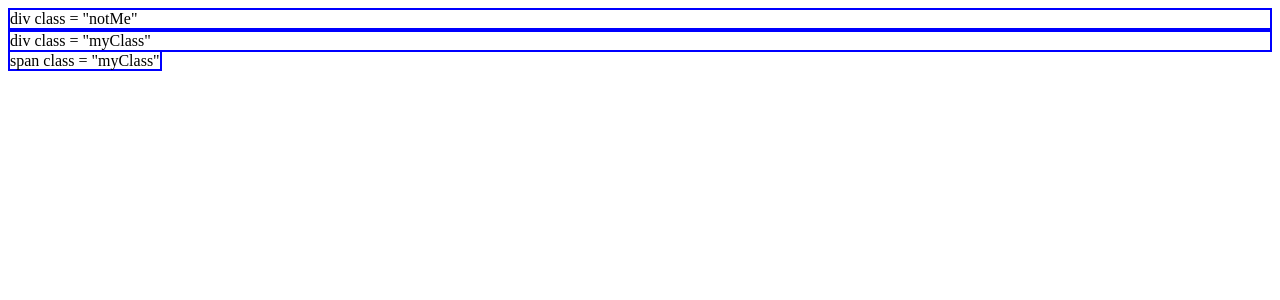
Repository: reddrinkbro/JSPStudy
Page: jQuery/WebContent/1기본선택자/6.html
The author's editor kept a copy of each file at every save. The page is drawn from the files as they stood at one save, then again after the next save.
The browser window is 1280 px wide. The pictures show the whole page.

Above is the page before, as saved 2020-04-21 03:29:38.

After the next save:
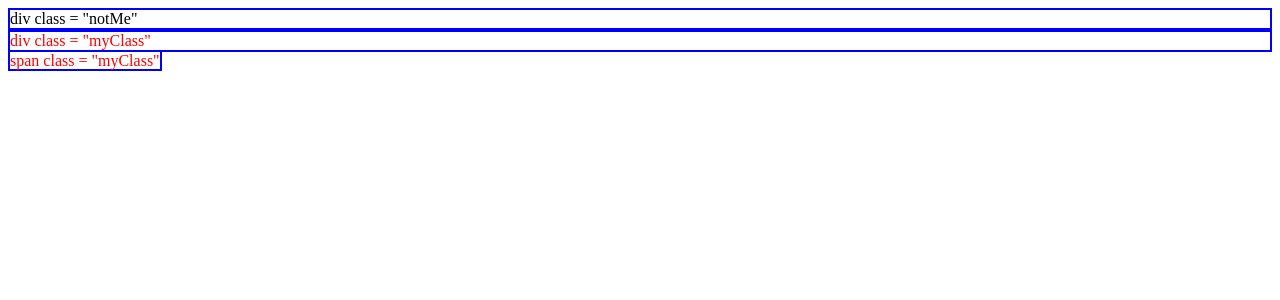
Saved 2 min 56 s later.
--- a/jQuery/WebContent/1기본선택자/6.html
+++ b/jQuery/WebContent/1기본선택자/6.html
@@ -14,8 +14,12 @@
 		//웹브라우저가 6.html문서 내에 HTML태그들을 모두 로딩했을때
 		$(function(){
 			//class속성값이 myClass인 모든 태그를 선택해서 가져와서
-			//<div>
+			//<div>태그들과 <span>태그에 모두 테두리 모양을 설정하는 css스타일이 적용
+									//2px굵기에 가는 실선 파랑
 			$(".myClass").css("border","2px solid blue");
+
+			//class 속성값이 myClass와 otherClass인 모든 요소에 color속성값을 설정
+			$(".myClass.otherClass").css("color","red");
 		});
 	</script>
 </head>
